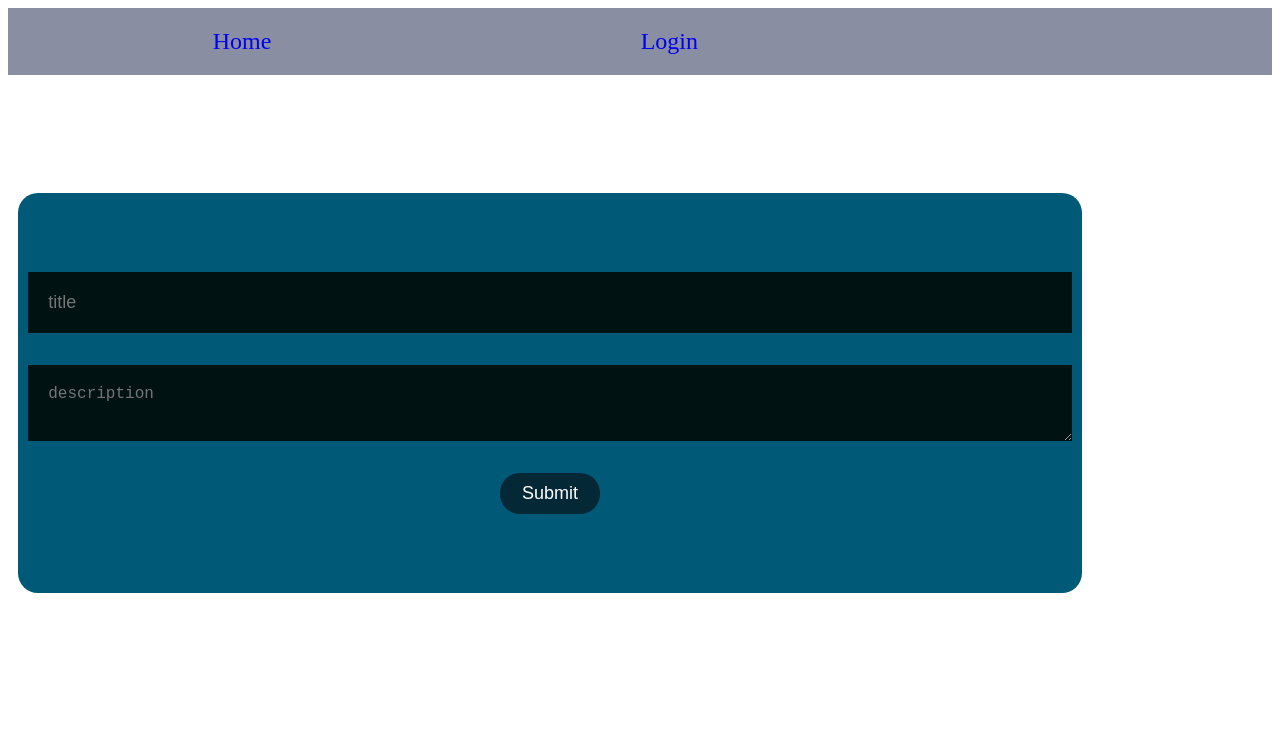
Repository: albinsabu2023/postapp
Page: /createpost
These files come from the project's save history. The page is drawn as it stood at one moment and after the next save; the edit follows.
The browser window is 1280 px wide. The pictures show the whole page.
The project was rebuilt for these pictures with package versions that can differ from the ones it lists, and the page was loaded fresh each time. Also part of the build but not shown: src/index.css, src/Components/main/PostCard.css, src/Components/main/PostCard.tsx, src/Components/main/Home.css, src/Components/main/Home.tsx, src/Components/Login.tsx.

Above is the page before, as saved 2024-02-06 03:19:45.

After the next save:
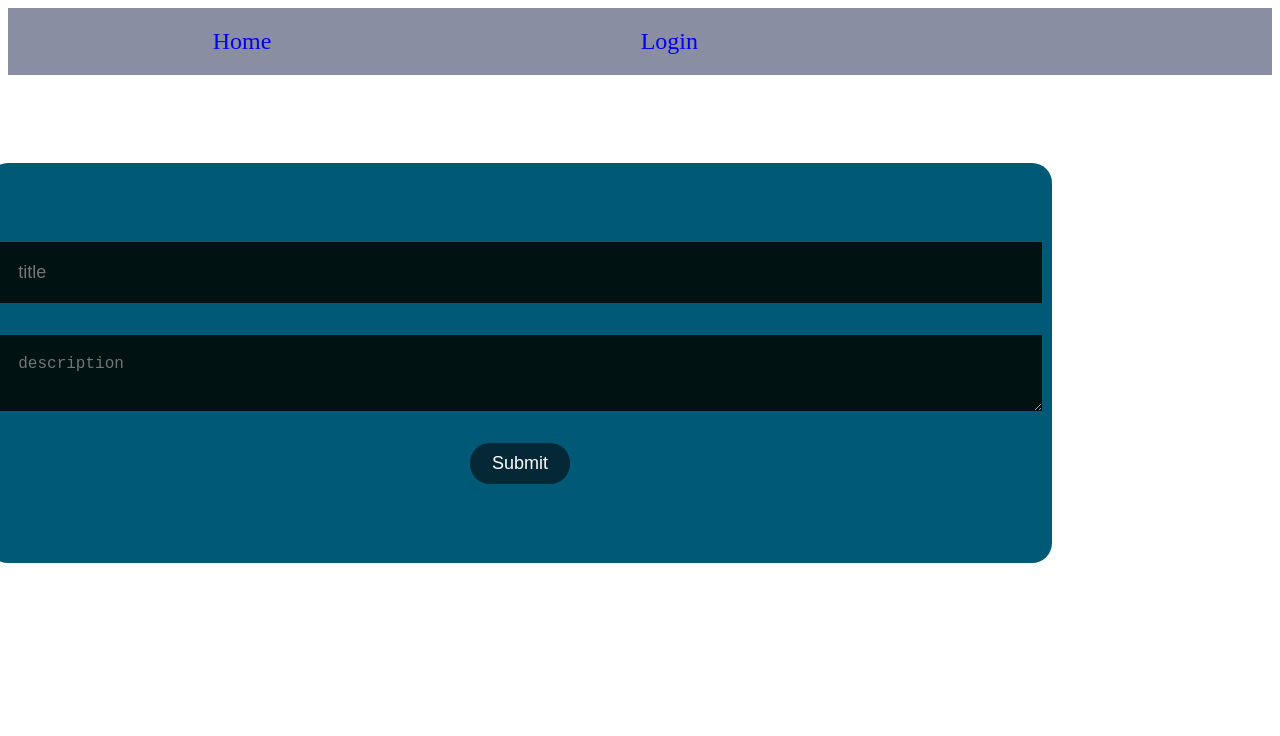
Saved 5 s later.
--- a/src/create-post/CreatePost.css
+++ b/src/create-post/CreatePost.css
@@ -4,8 +4,7 @@
     align-items: center;
     height: 80vh;
     justify-content: center;
-    padding: 20px;
-    margin: 10px;
+
     width: 80vw;
 
 }
